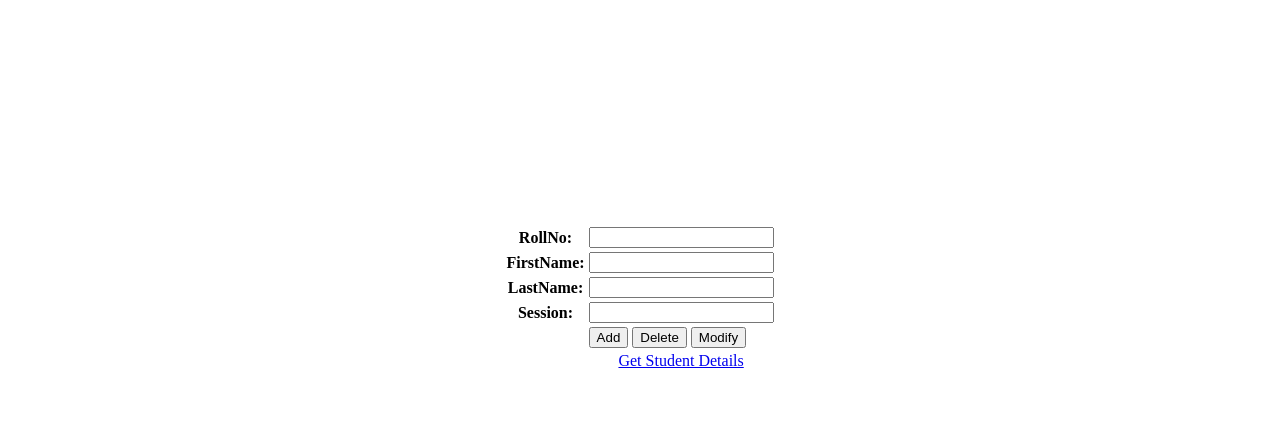
Repository: TraptiBhagat/AdvanceJava
Page: http://localhost/Student_Proj/StudentView.jsp
The author's editor kept a copy of each file at every save. The page is drawn from the files as they stood at one save, then again after the next save.
The browser window is 1280 px wide. The pictures show the whole page.
The page is served by Tomcat 9. Nobody is signed in. The application's start-up code is not run. Other server files are loaded and not shown.

Above is the page before, as saved 2022-03-26 10:35:23.

### Advance workspace/Student_Proj/src/main/webapp/StudentView.jsp
<%@ page language="java" contentType="text/html; charset=ISO-8859-1"
	pageEncoding="ISO-8859-1"%>
<!DOCTYPE html>
<html>
<head>
<meta charset="ISO-8859-1">
<title>Student Form</title>
</head>
<body>
	<form action="student" method="post">
		<br> <br> <br> <br> <br> <br> <br>
		<br> <br> <br> <br> <br>
		<table align="center">
			<tr>
				<th>RollNo:</th>
				<td><input type="text" name="rollNo"></td>
			</tr>
			<tr>
				<th>FirstName:</th>
				<td><input type="text" name="firstName"></td>
			</tr>
			<tr>
				<th>LastName:</th>
				<td><input type="text" name="lastName"></td>
			</tr>
			<tr>
				<th>Session:</th>
				<td><input type="text" name="session"></td>
			</tr>
			<tr>
				<th></th>
				<td><input type="submit" value="Add" name="operation">
					<input type="submit" value="Delete" name="operation"> <input
					type="submit" value="Modify" name="operation"></td>
			</tr>
			<tr>
			<th></th>
			<td>  <center><a href="GetStudentView.jsp">Get Student Details</a></center></td>
			</tr>

		</table>

	</form>
</body>
</html>

After the next save:
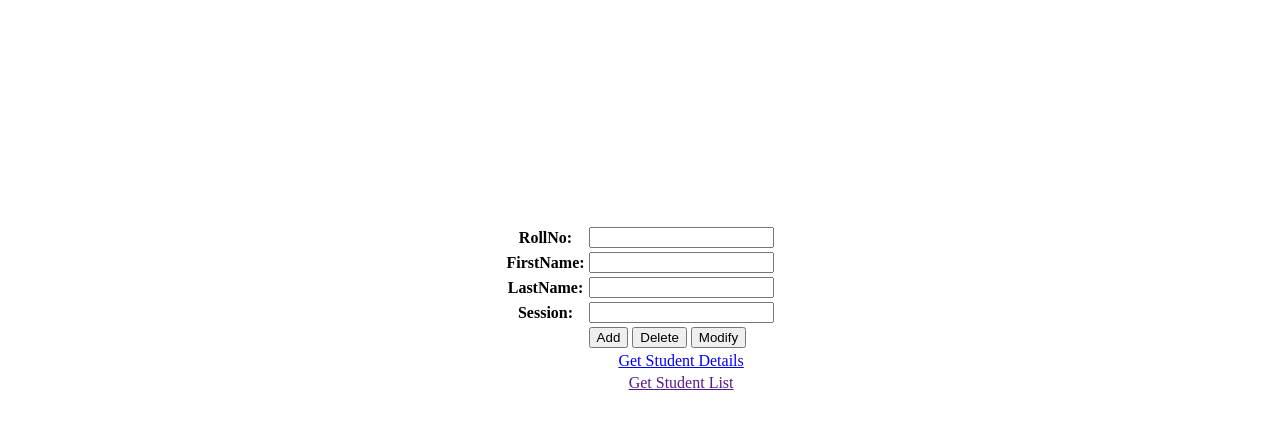
Saved 8 min 28 s later.
--- a/Advance workspace/Student_Proj/src/main/webapp/StudentView.jsp
+++ b/Advance workspace/Student_Proj/src/main/webapp/StudentView.jsp
@@ -34,8 +34,20 @@
 					type="submit" value="Modify" name="operation"></td>
 			</tr>
 			<tr>
-			<th></th>
-			<td>  <center><a href="GetStudentView.jsp">Get Student Details</a></center></td>
+				<th></th>
+				<td>
+					<center>
+						<a href="GetStudentView.jsp">Get Student Details</a>
+					</center>
+				</td>
+			</tr>
+			<tr>
+				<th></th>
+				<td>
+					<center>
+						<a href="">Get Student List</a>
+					</center>
+				</td>
 			</tr>
 
 		</table>
